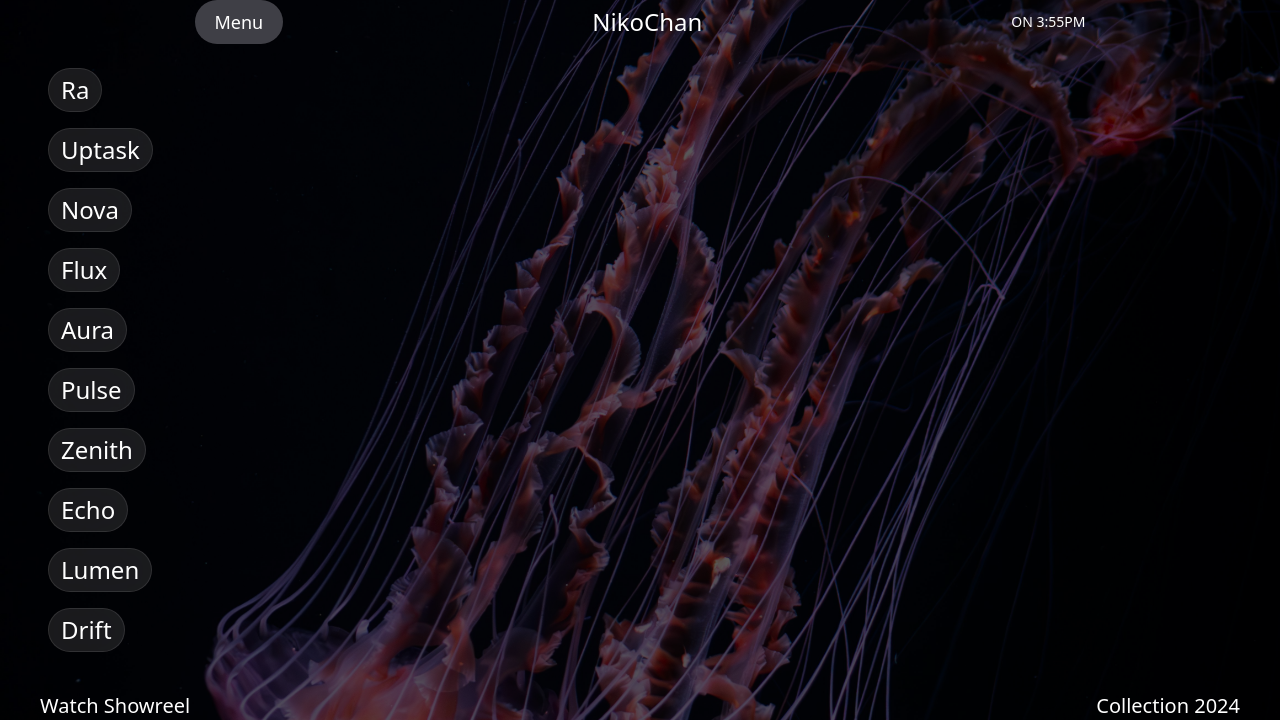
Repository: nikhilsinghrathore1/Niks_indian_local
Page: /
These files come from the project's save history. The page is drawn as it stood at one moment and after the next save; the edit follows.
The browser window is 1280 px wide. The pictures show the whole page.
The project was rebuilt for these pictures with package versions that can differ from the ones it lists, and the page was loaded fresh each time. Also part of the build but not shown: vite.config.ts.

Above is the page before, as saved 2024-08-27 10:52:19.

After the next save:
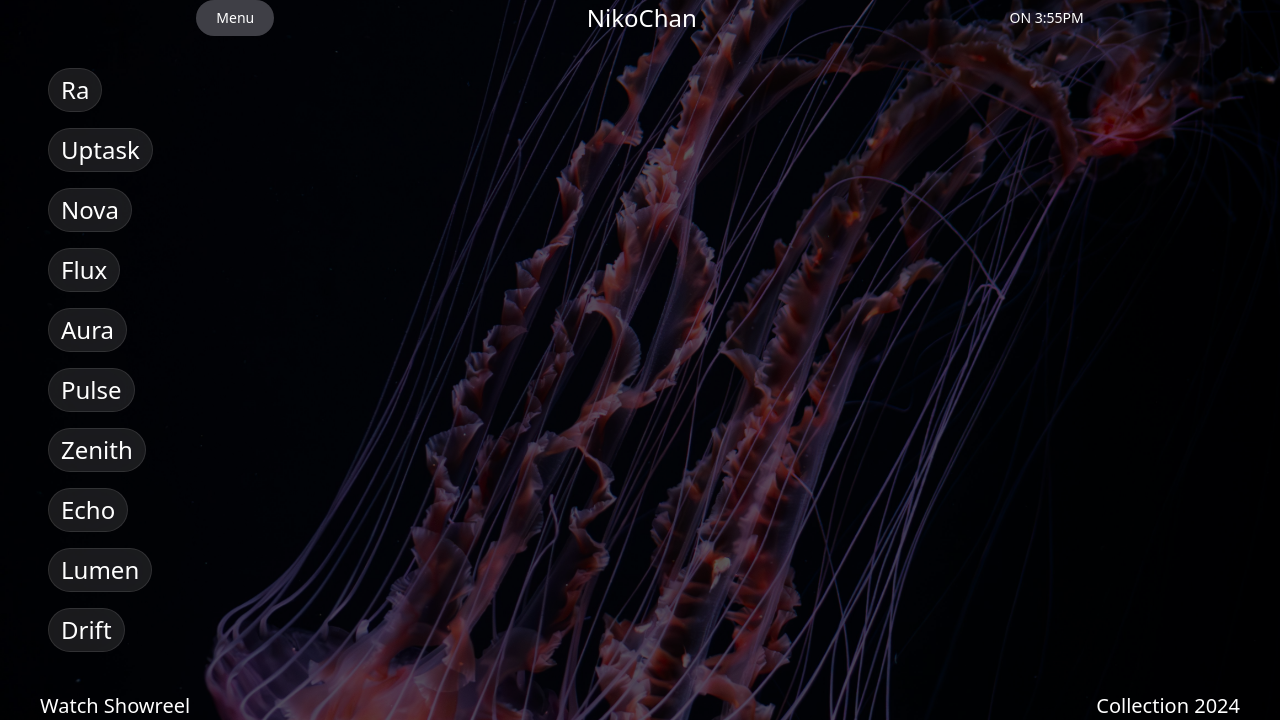
Saved 19 s later.
--- a/src/Components/Landing.tsx
+++ b/src/Components/Landing.tsx
@@ -274,7 +274,7 @@ const Landing: React.FC = () => {
       {/* Nav Bar */}
       <nav className='w-full fixed px-10 flex items-center justify-around text-lg z-50'>
         <div className='menu-btn w-fit bg-zinc-700 rounded-full backdrop-blur-md px-5 py-2 cursor-pointer'>
-          <h1>Menu</h1>
+          <h1 className='text-sm'>Menu</h1>
         </div>
         <div className='logo text-2xl'>
           <h1>NikoChan</h1>
